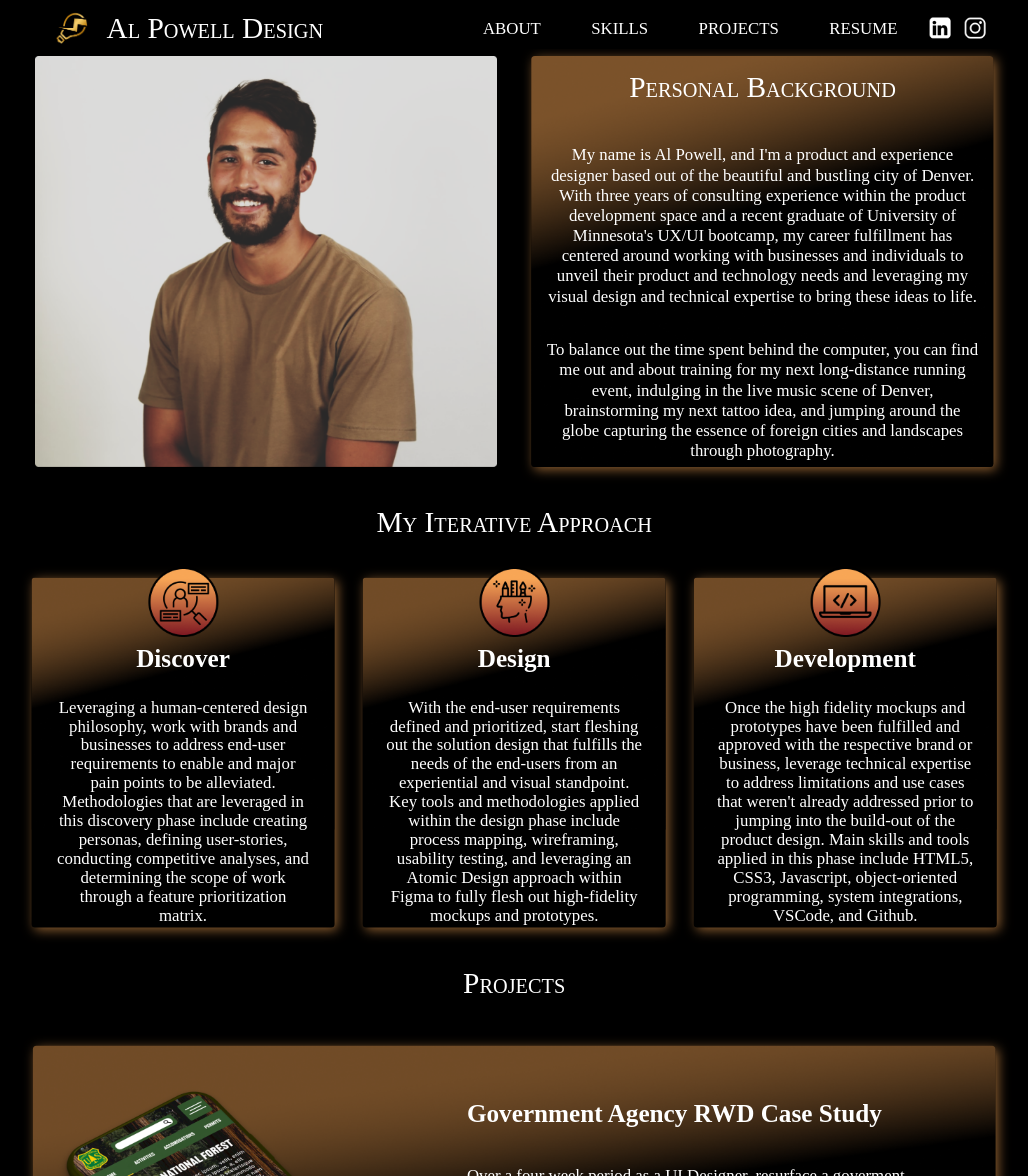
Repository: alpowell24/UX_UI_HW_19
Page: index.html
An editor plug-in stored every save of this project. The page is shown before and after the next save, followed by the edit.
The browser window is 1280 px wide. The page is 1469 px wide, so the pictures cover 1469 px, including what lies to the right of the window. The pictures show the part of the page from y = 0 to 1680 px (the page is 2738 px tall), at 70% of full size.
Some web fonts or font styles are not loaded; a fallback is used.

Above is the page before, as saved 2022-05-31 11:43:18.

### index.html
<html>

<head>
    <link href="css/index.css" rel="stylesheet" type"text/css">
    <title>Portfolio Header, Hero, & Footer</title>
    <script src="https://ajax.googleapis.com/ajax/libs/jquery/3.5.1/jquery.min.js"></script>
    <link rel="preconnect" href="https://fonts.gstatic.com">
    <link href="https://fonts.googleapis.com/css2?family=Fugaz+One&display=swap" rel="stylesheet">
    <link rel="preconnect" href="https://fonts.googleapis.com">
    <link rel="preconnect" href="https://fonts.gstatic.com" crossorigin>
    <link href="https://fonts.googleapis.com/css2?family=Nunito:wght@200;400&display=swap" rel="stylesheet">
    <meta name="viewport" content="width=device-width">
</head>

<body id="topOfPage" class="fadeIn">
    <div id="navigationDesktop" class="navigation">
        <div class="navigationLeft">
            <div class="logo">
                <img src="./images/Lightbulb.jpg">
            </div>
            <div class="websiteName">
                <h1>Al Powell Design</h1>
            </div>
        </div>
        <div class="navigationRight">
            <nav>
                <a href="#" dataPage="topOfPage">ABOUT</a>
                <a href="#" dataPage="skillsSection">SKILLS</a>
                <a href="#" dataPage="caseStudySection">PROJECTS</a>
                <a>RESUME</a>
            </nav>
            <div class="social">
                <a href="https://www.linkedin.com/in/alexander-powell-710397b8/" target="_blank">
                    <img src="./images/LinkedIn.png">
                </a>
                <a href="https://www.instagram.com/alpowell24/" target="_blank">
                    <img src="./images/Instagram.png">
                </a>
            </div>
        </div>
    </div>
    <div id="navigationMobile" class="navigation">
        <div class="logo">
            <img src="./images/Lightbulb.jpg">
        </div>
        <div class="websiteName">
            <h1>Al Powell Design</h1>
        </div>
        <div class="social">
            <a href="https://www.linkedin.com/in/alexander-powell-710397b8/" target="_blank">
                <img src="./images/LinkedIn.png">
            </a>
            <a href="https://www.instagram.com/alpowell24/" target="_blank">
                <img src="./images/Instagram.png">
            </a>
        </div>

    </div>
    <div id="about" class="heroSection">
        <div class="heroImage">
            <img src="./images/me;).png">
        </div>
        <div class="heroBio">
            <h1>Personal Background</h1>
            <p>My name is Al Powell, and I'm a product and experience designer based out of the beautiful and bustling
                city of Denver. With three
                years of consulting experience within the product development space and a recent graduate of University
                of Minnesota's UX/UI bootcamp, my career fulfillment has centered around working with businesses and
                individuals to unveil their product and technology needs and leveraging my visual design and
                technical expertise to bring these ideas to life.
            </p>
            <p>To balance out the time spent behind the computer, you can find me out and about training
                for my next long-distance running event, indulging in the live music scene of Denver, brainstorming my
                next tattoo idea, and jumping around the globe capturing the essence of foreign cities and landscapes
                through photography.</p>
        </div>
    </div>
    <div id="skillsSection">
        <h1>My Iterative Approach</h1>
        <div id="skillsComponents">
            <div id="userResearch" class="slideinleft skillsComponent">
                <img src=./images/userResearchIcon.png>
                <h2>Discover</h2>
                <p>Leveraging a human-centered design philosophy, work with brands and businesses to address end-user
                    requirements to enable and major pain points to be alleviated. Methodologies that are leveraged in
                    this discovery phase include creating personas, defining user-stories, conducting competitive
                    analyses, and determining the scope of work through a feature prioritization matrix.</p>
            </div>
            <div id="visualDesign" class="slideinleft skillsComponent">
                <img src=./images/visualDesignIcon.png>
                <h2>Design</h2>
                <p>With the end-user requirements defined and prioritized, start fleshing out the solution design that
                    fulfills the needs of the end-users from an experiential and visual standpoint. Key tools and
                    methodologies applied within the design phase include process mapping, wireframing, usability
                    testing, and leveraging an Atomic Design approach within Figma to fully flesh out high-fidelity
                    mockups and prototypes.</p>
            </div>
            <div id="frontEndDevelopment" class="slideinleft skillsComponent">
                <img src=./images/codingIcon.png>
                <h2>Development</h2>
                <p>Once the high fidelity mockups and prototypes have been fulfilled and approved with the respective
                    brand or business, leverage technical expertise to address limitations and use cases that weren't
                    already addressed prior to jumping into the build-out of the product design. Main skills and tools
                    applied in this phase include HTML5, CSS3, Javascript, object-oriented programming, system
                    integrations, VSCode, and Github.</p>
            </div>
        </div>
    </div>
    <div id="caseStudySection">
        <h1>Projects</h1>
        <div id="caseStudy1" class="caseStudy slideinleft">
            <div id="caseStudyImage1">
                <img src=./images/iphoneMockup.png>
            </div>
            <div class="caseStudyOverview" id="caseStudyOverview1">
                <h2>Government Agency RWD Case Study</h2>
                <p>Over a four week period as a UI Designer, resurface a goverment agencies home page and make
                    responsive to mobile devices in order to modernize the overall look and feel of their online
                    precense. Skills demonstrated on this project include Information Architecture,
                    Grids & Composition, Responsive Web Design, and Interactive Prototypes.</p>
                <a href="https://www.behance.net/gallery/119302205/US-Forestry-Service-Case-Study" target="_blank">
                    <button>
                        LEARN MORE
                    </button>
                </a>

            </div>
        </div>
        <div id="caseStudy2" class="caseStudy slideinleft">
            <div id="caseStudyImage2Mobile">
                <img src=./images/macbookMockup.png>
            </div>
            <div class="caseStudyOverview" id="caseStudyOverview2">
                <h2>Non-Profit Website Redesign Case Study</h2>
                <p>Over a four week period as a UI Designer, reinvent a non-profit organization's website in order to
                    improve involvement from the volunteer community. Driven by Atomic and User-Centered design,
                    apply a cutting edge design & streamline paths of involvement to flesh out the non-profits overall
                    mission and establish the connection between organization and volunteer community. </p>
                <a href="https://www.behance.net/gallery/121337575/NWRA-Website-Redesign" target="_blank">
                    <button>LEARN MORE</button>
                </a>
            </div>
            <div id="caseStudyImage2Desktop">
                <img src=./images/macbookMockup.png>
            </div>
        </div>
    </div>
    <div id="footerDesktop" class="footer">
        <div class="footerLeft">
            <div class="logo">
                <img src="./images/Lightbulb.jpg">
            </div>
            <div class="websiteName">
                <h1>Al Powell Design</h1>
            </div>
        </div>
        <div class="footerRight">
            <div class="social">
                <a href="https://www.linkedin.com/in/alexander-powell-710397b8/" target="_blank">
                    <img src="./images/LinkedIn.png">
                </a>
                <a href="https://www.instagram.com/alpowell24/" target="_blank">
                    <img src="./images/Instagram.png">
                </a>
            </div>
        </div>
    </div>
    <div id="footerMobile" class="footer">
        <div class="logo">
            <img src="./images/Lightbulb.jpg">
        </div>
        <div class="websiteName">
            <h1>Al Powell Design</h1>
        </div>
        <div class="social">
            <a href="https://www.linkedin.com/in/alexander-powell-710397b8/" target="_blank">
                <img src="./images/LinkedIn.png">
            </a>
            <a href="https://www.instagram.com/alpowell24/" target="_blank">
                <img src="./images/Instagram.png">
            </a>
        </div>
    </div>
</body>
<script src="js/index.js"></script>

</html>

### css/index.css
.logo > img {
  width: 50px;
  height: 50px;
}

.fadein {
  opacity: 0;
}

body {
  display: grid;
  grid-template-columns: 1fr;
  grid-template-rows: 60px auto auto auto 60px;
  grid-template-areas:
    "navigation"
    "heroSection"
    "skillsSection"
    "caseStudySection"
    "footer";
  background-color: black;
  color: white;
  margin: 10px 0px;
}

h1 {
  font-variant: small-caps;
  font-family: Fugaz One;
  font-size: 42px;
  font-style: normal;
  font-weight: 400;
  line-height: 62px;
  letter-spacing: 0em;
  text-align: center;
}

h2 {
  font-family: Interstate;
  font-size: 36px;
  font-style: normal;
  font-weight: 700;
  line-height: 43px;
  letter-spacing: 0em;
  text-align: left;
}

p {
  font-size: 24px;
  font-family: Interstate;
  font-weight: 300;
  font-style: normal;
}

.heroImage > img {
  width: 100%;
}

.logo {
  justify-content: center;
  align-items: center;
  display: flex;
  width: 100px;
  margin-left: 12px;
}

.heroSection {
  grid-area: heroSection;
  display: flex;
  justify-content: space-evenly;
  padding-top: 10px;
  padding-bottom: 20px;
}

#navigationMobile {
  display: none;
}

.navigationLeft {
  display: flex;
  justify-content: flex-start;
  margin-left: 40px;
}

#navigationDesktop {
  display: flex;
  justify-content: space-between;
  grid-area: navigation;
  position: sticky;
  top: 0px;
  background-color: black;
  z-index: 1;
}

.heroBio {
  display: flex;
  flex-direction: column;
  align-items: center;
  justify-content: center;
  text-align: center;
  background-image: url("../images/heroBioBackground.png");
  background-repeat: no-repeat;
  height: 587px;
  width: 660px;
  box-shadow: 4px 4px 16px rgba(249, 167, 86, 0.56);
  border-radius: 5px;
}

#footerDesktop {
  display: flex;
  justify-content: space-between;
  grid-area: footer;
}

.navigationRight {
  display: flex;
  justify-content: flex-end;
  margin-right: 20px;
}

nav {
  float: right;
  text-align: center;
  display: flex;
  justify-content: space-around;
  align-items: center;
}

.social {
  float: right;
  justify-content: center;
  align-items: center;
  display: flex;
  margin-right: 30px;
}

.social img {
  padding: 10px;
  transition: all;
}

.caseStudyOverview a {
  text-decoration: none;
  color: black;
}

.social img:hover {
  transform: translate(0px, -1.2px);
}

nav a {
  padding: 36px;
  font-size: 24px;
  font-family: Interstate;
  transition: color ease;
  color: white;
  text-decoration: none;
}

a:hover {
  color: #f9a756;
  font-weight: 500;
  text-decoration: none;
}

.websiteName {
  display: flex;
  align-items: center;
}

.heroBio p {
  font-size: 24px;
  font-family: Interstate;
  font-weight: 300;
  font-style: normal;
  line-height: 28.8px;
  padding-left: 20px;
  padding-right: 20px;
}

button {
  height: 60px;
  min-height: 60px;
  width: 200px;
  background-color: #f9a756;
  border-radius: 10px;
  font-size: 24px;
  font-family: Interstate;
  font-weight: 700;
  margin-top: 10px;
  transition: background-color 0.5s ease;
  border: 0;
  cursor: pointer;
}

.footerLeft {
  height: 59px;
  display: flex;
  justify-content: flex-start;
  margin-left: 50px;
}

.footerRight {
  height: 59px;
  display: flex;
  justify-content: flex-end;
  margin-right: 60px;
}

#skillsComponents {
  display: flex;
  justify-content: center;
  padding: 0px 15px;
  align-items: center;
}

#skillsSection {
  display: flex;
  grid-area: skillsSection;
  justify-content: space-evenly;
  align-items: center;
  flex-direction: column;
  margin: 0px 10px;
}

.skillsComponent {
  width: 433px;
  height: 500px;
  display: flex;
  flex-direction: column;
  justify-content: center;
  align-items: center;
  text-align: center;
  background-image: url("../images/skillsBackground.png");
  background-repeat: no-repeat;
  box-shadow: 4px 4px 16px rgba(249, 167, 86, 0.56);
  margin: 20px;
  border-radius: 5px;
}

.skillsComponent img {
  position: relative;
  top: 20px;
}

.skillsComponent p {
  padding: 0px 33px;
  font-size: 24px;
  font-family: Interstate;
  font-weight: 300;
  font-style: normal;
  margin-bottom: 20px;
  position: relative;
  bottom: 20px;
}

.skillsComponent h1 {
  position: relative;
  top: 10px;
}

#caseStudySection {
  grid-area: caseStudySection;
  display: flex;
  flex-direction: column;
  align-items: center;
  justify-content: center;
}

.caseStudy {
  display: flex;
  width: 1375px;
  padding-bottom: 50px;
  box-shadow: 4px 4px 16px rgba(249, 167, 86, 0.56);
  background-repeat: no-repeat;
  border-radius: 5px;
}

#caseStudy1 {
  background-image: url("../images/caseStudyOneBackground.png");
  margin: 30px 0px;
}

#caseStudy2 {
  margin: 50px 0px;
  background-image: url("../images/caseStudyTwoBackground.png");
}

#caseStudyImage1 {
  position: relative;
  top: 30;
  left: 30;
}

#caseStudyImage1 > img {
  width: 510px;
  height: 475px;
  position: relative;
}

#caseStudyImage2Mobile {
  width: 450px;
  height: 375px;
  position: relative;
}

#caseStudyImage2 {
  position: relative;
  top: 30;
}

#caseStudyImage2Desktop > img {
  width: 651px;
  height: 469px;
}

#caseStudyImage2Mobile > img {
  width: 450px;
  height: 350px;
}

#caseStudyImage2Mobile {
  display: none;
}

.caseStudyOverview {
  display: flex;
  flex-direction: column;
  justify-content: center;
}

#caseStudyOverview1 {
  text-align: left;
  margin: 0px 110px;
}

#caseStudyOverview2 {
  margin: 0px 49px;
  align-items: flex-end;
  text-align: right;
}

#caseStudyOverview2 > h2 {
  text-align: right;
}

#footerMobile {
  display: none;
}

@media only screen and (max-width: 600px) {
  body {
    grid-template-columns: auto;
    grid-template-rows: auto auto auto auto auto;
    grid-template-areas:
      "navigation"
      "heroSection"
      "skillsSection"
      "caseStudySection"
      "footer";
  }

  #footerMobile {
    grid-area: footer;
    display: flex;
    justify-content: space-between;
  }

  #footerDesktop {
    display: none;
  }

  .navigationLeft {
    margin-left: 0px;
  }

  nav {
    display: none;
  }

  .heroSection {
    flex-direction: column;
    align-items: center;
    width: 100%;
    padding-top: 0px;
  }

  #skillsSection {
    grid-area: skillsSection;
    align-items: center;
    flex-direction: column;
  }

  #skillsComponents {
    display: flex;
    align-items: center;
    flex-direction: column;
  }

  .skillsComponent {
    display: flex;
    flex-direction: column;
    margin: 20px 0px;
  }

  .heroBio {
    margin: 10px 10px;
    width: auto;
    height: 680px;
  }

  html {
    scroll-behavior: smooth;
  }

  .heroImage {
    margin: 10px;
  }

  .caseStudy {
    flex-direction: column;
    justify-content: center;
    align-items: center;
    width: 90%;
  }

  #caseStudyOverview1 {
    align-items: center;
    text-align: center;
  }

  #caseStudyOverview2 {
    align-items: center;
    text-align: center;
  }

  #caseStudyOverview1 > h2 {
    text-align: center;
  }

  #caseStudyOverview2 > h2 {
    text-align: center;
  }

  #caseStudyImage2Desktop {
    display: none;
  }
  #caseStudyImage2Mobile {
    display: flex;
  }

  #caseStudyOverview1 {
    margin: 10px 40px;
  }

  #caseStudyImage1 > img {
    width: 420px;
    height: 375px;
    right: 30;
  }

  .websiteName > h1 {
    font-size: 30px;
  }

  #navigationMobile {
    display: flex;
    justify-content: space-between;
    grid-area: navigation;
    top: 0px;
    background-color: black;
    z-index: 1;
  }

  #navigationDesktop {
    display: none;
  }

  #caseStudy2 {
    margin: 0px 0px;
    background-image: url("../images/caseStudyTwoBackground.png");
  }
}

Loaded but not shown: js/index.js (33 lines, source omitted)

After the next save:
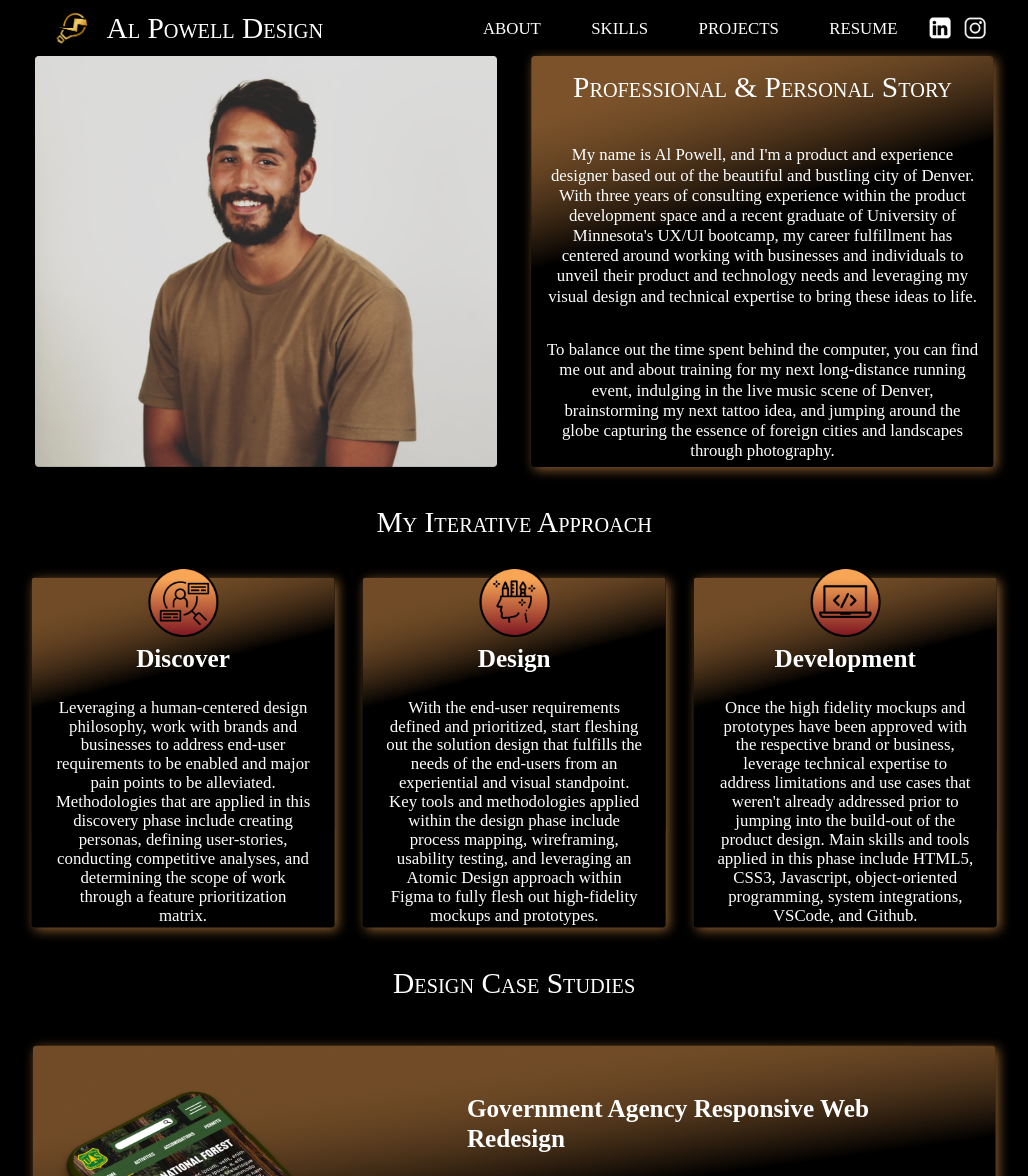
Saved 56 days later.
--- a/index.html
+++ b/index.html
@@ -2,12 +2,13 @@
 
 <head>
     <link href="css/index.css" rel="stylesheet" type"text/css">
-    <title>Portfolio Header, Hero, & Footer</title>
+    <title>Al Powell Design</title>
     <script src="https://ajax.googleapis.com/ajax/libs/jquery/3.5.1/jquery.min.js"></script>
     <link rel="preconnect" href="https://fonts.gstatic.com">
     <link href="https://fonts.googleapis.com/css2?family=Fugaz+One&display=swap" rel="stylesheet">
     <link rel="preconnect" href="https://fonts.googleapis.com">
     <link rel="preconnect" href="https://fonts.gstatic.com" crossorigin>
+    <link rel="icon" href="./images/Lightbulb.jpg">
     <link href="https://fonts.googleapis.com/css2?family=Nunito:wght@200;400&display=swap" rel="stylesheet">
     <meta name="viewport" content="width=device-width">
 </head>
@@ -27,7 +28,7 @@
                 <a href="#" dataPage="topOfPage">ABOUT</a>
                 <a href="#" dataPage="skillsSection">SKILLS</a>
                 <a href="#" dataPage="caseStudySection">PROJECTS</a>
-                <a>RESUME</a>
+                <a href="./images/Al Powell Resume.pdf" target="_blank">RESUME</a>
             </nav>
             <div class="social">
                 <a href="https://www.linkedin.com/in/alexander-powell-710397b8/" target="_blank">
@@ -61,7 +62,7 @@
             <img src="./images/me;).png">
         </div>
         <div class="heroBio">
-            <h1>Personal Background</h1>
+            <h1>Professional & Personal Story</h1>
             <p>My name is Al Powell, and I'm a product and experience designer based out of the beautiful and bustling
                 city of Denver. With three
                 years of consulting experience within the product development space and a recent graduate of University
@@ -82,7 +83,8 @@
                 <img src=./images/userResearchIcon.png>
                 <h2>Discover</h2>
                 <p>Leveraging a human-centered design philosophy, work with brands and businesses to address end-user
-                    requirements to enable and major pain points to be alleviated. Methodologies that are leveraged in
+                    requirements to be enabled and major pain points to be alleviated. Methodologies that are applied
+                    in
                     this discovery phase include creating personas, defining user-stories, conducting competitive
                     analyses, and determining the scope of work through a feature prioritization matrix.</p>
             </div>
@@ -98,24 +100,24 @@
             <div id="frontEndDevelopment" class="slideinleft skillsComponent">
                 <img src=./images/codingIcon.png>
                 <h2>Development</h2>
-                <p>Once the high fidelity mockups and prototypes have been fulfilled and approved with the respective
-                    brand or business, leverage technical expertise to address limitations and use cases that weren't
-                    already addressed prior to jumping into the build-out of the product design. Main skills and tools
-                    applied in this phase include HTML5, CSS3, Javascript, object-oriented programming, system
-                    integrations, VSCode, and Github.</p>
+                <p>Once the high fidelity mockups and prototypes have been approved with the respective brand or
+                    business, leverage technical expertise to address limitations and use cases that weren't already
+                    addressed prior to jumping into the build-out of the product design. Main skills and tools applied
+                    in this phase include HTML5, CSS3, Javascript, object-oriented programming, system integrations,
+                    VSCode, and Github.</p>
             </div>
         </div>
     </div>
     <div id="caseStudySection">
-        <h1>Projects</h1>
+        <h1>Design Case Studies</h1>
         <div id="caseStudy1" class="caseStudy slideinleft">
             <div id="caseStudyImage1">
                 <img src=./images/iphoneMockup.png>
             </div>
             <div class="caseStudyOverview" id="caseStudyOverview1">
-                <h2>Government Agency RWD Case Study</h2>
-                <p>Over a four week period as a UI Designer, resurface a goverment agencies home page and make
-                    responsive to mobile devices in order to modernize the overall look and feel of their online
+                <h2>Government Agency Responsive Web Redesign</h2>
+                <p>Resurface a goverment agency's home page and make
+                    responsive to mobile devices to modernize the look and feel of their online
                     precense. Skills demonstrated on this project include Information Architecture,
                     Grids & Composition, Responsive Web Design, and Interactive Prototypes.</p>
                 <a href="https://www.behance.net/gallery/119302205/US-Forestry-Service-Case-Study" target="_blank">
@@ -131,11 +133,10 @@
                 <img src=./images/macbookMockup.png>
             </div>
             <div class="caseStudyOverview" id="caseStudyOverview2">
-                <h2>Non-Profit Website Redesign Case Study</h2>
-                <p>Over a four week period as a UI Designer, reinvent a non-profit organization's website in order to
-                    improve involvement from the volunteer community. Driven by Atomic and User-Centered design,
-                    apply a cutting edge design & streamline paths of involvement to flesh out the non-profits overall
-                    mission and establish the connection between organization and volunteer community. </p>
+                <h2>Non-Profit Website Redesign</h2>
+                <p>Leveraging Atomic Design and a human-centered design philosophy, revamp the visual style and
+                    user-experience of a non-profit's website to solidify their brand presence and streamline the
+                    volunteer community's journey to get actively involved with the organization.</p>
                 <a href="https://www.behance.net/gallery/121337575/NWRA-Website-Redesign" target="_blank">
                     <button>LEARN MORE</button>
                 </a>
